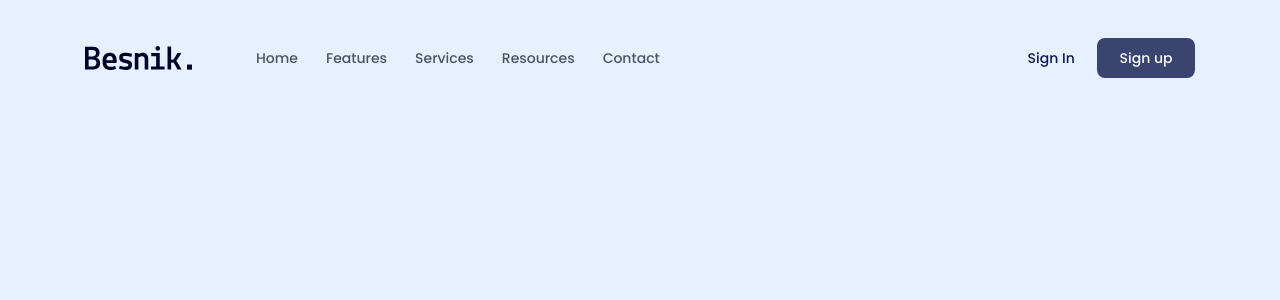
Repository: jessicapaa/F8-Project-01
Page: index.html
These files come from the project's save history. The page is drawn as it stood at one moment and after the next save; the edit follows.
The browser window is 1280 px wide. The pictures show the whole page.
The pointer rests on the first visible `.navbar .action-btn`.

Above is the page before, as saved 2024-03-08 06:59:23.

### index.html
<!DOCTYPE html>
<html lang="en">

<head>
    <meta charset="UTF-8">
    <meta name="viewport" content="width=device-width, initial-scale=1.0">
    <title>F8-Project-01</title>
    <link rel="stylesheet" href="./assets/css/reset.css">
    <link rel="stylesheet" href="./assets/fonts/stylesheet.css">
    <link rel="stylesheet" href="./assets/css/styles.css">
</head>

<body>
    <!-- main -->
    <main>

        <!-- header -->
        <header class="header">
            <div class="content">
                <nav class="navbar">
                    <!-- logo -->
                    <img src="./assets/img/logo.svg" alt="Besnik.">

                    <!-- navigation -->
                    <ul>
                        <li><a href="#!">Home</a></li>
                        <li><a href="#!">Features</a></li>
                        <li><a href="#!">Services</a></li>
                        <li><a href="#!">Resources</a></li>
                        <li><a href="#!">Contact</a></li>
                    </ul>

                    <!-- Action -->
                    <div class="actions">
                        <a href="#!" class="action-link">Sign In</a>
                        <a href="#!" class="btn action-btn">Sign up</a>
                    </div>
                </nav>
            </div>
        </header>
    </main>
</body>

</html>

### assets/fonts/stylesheet.css
@font-face {
    font-family: "Poppins";
    src: url("Poppins/Poppins-BlackItalic.woff2") format("woff2"),
        url("Poppins/Poppins-BlackItalic.woff") format("woff");
    font-weight: 900;
    font-style: italic;
    font-display: swap;
}

@font-face {
    font-family: "Poppins";
    src: url("Poppins/Poppins-Black.woff2") format("woff2"),
        url("Poppins/Poppins-Black.woff") format("woff");
    font-weight: 900;
    font-style: normal;
    font-display: swap;
}

@font-face {
    font-family: "Poppins";
    src: url("Poppins/Poppins-BoldItalic.woff2") format("woff2"),
        url("Poppins/Poppins-BoldItalic.woff") format("woff");
    font-weight: bold;
    font-style: italic;
    font-display: swap;
}

@font-face {
    font-family: "Poppins";
    src: url("Poppins/Poppins-ExtraBold.woff2") format("woff2"),
        url("Poppins/Poppins-ExtraBold.woff") format("woff");
    font-weight: bold;
    font-style: normal;
    font-display: swap;
}

@font-face {
    font-family: "Poppins";
    src: url("Poppins/Poppins-ExtraBoldItalic.woff2") format("woff2"),
        url("Poppins/Poppins-ExtraBoldItalic.woff") format("woff");
    font-weight: bold;
    font-style: italic;
    font-display: swap;
}

@font-face {
    font-family: "Poppins";
    src: url("Poppins/Poppins-ExtraLight.woff2") format("woff2"),
        url("Poppins/Poppins-ExtraLight.woff") format("woff");
    font-weight: 200;
    font-style: normal;
    font-display: swap;
}

@font-face {
    font-family: "Poppins";
    src: url("Poppins/Poppins-ExtraLightItalic.woff2") format("woff2"),
        url("Poppins/Poppins-ExtraLightItalic.woff") format("woff");
    font-weight: 200;
    font-style: italic;
    font-display: swap;
}

@font-face {
    font-family: "Poppins";
    src: url("Poppins/Poppins-Light.woff2") format("woff2"),
        url("Poppins/Poppins-Light.woff") format("woff");
    font-weight: 300;
    font-style: normal;
    font-display: swap;
}

@font-face {
    font-family: "Poppins";
    src: url("Poppins/Poppins-Italic.woff2") format("woff2"),
        url("Poppins/Poppins-Italic.woff") format("woff");
    font-weight: normal;
    font-style: italic;
    font-display: swap;
}

@font-face {
    font-family: "Poppins";
    src: url("Poppins/Poppins-Medium.woff2") format("woff2"),
        url("Poppins/Poppins-Medium.woff") format("woff");
    font-weight: 500;
    font-style: normal;
    font-display: swap;
}

@font-face {
    font-family: "Poppins";
    src: url("Poppins/Poppins-MediumItalic.woff2") format("woff2"),
        url("Poppins/Poppins-MediumItalic.woff") format("woff");
    font-weight: 500;
    font-style: italic;
    font-display: swap;
}

@font-face {
    font-family: "Poppins";
    src: url("Poppins/Poppins-LightItalic.woff2") format("woff2"),
        url("Poppins/Poppins-LightItalic.woff") format("woff");
    font-weight: 300;
    font-style: italic;
    font-display: swap;
}

@font-face {
    font-family: "Poppins";
    src: url("Poppins/Poppins-Regular.woff2") format("woff2"),
        url("Poppins/Poppins-Regular.woff") format("woff");
    font-weight: normal;
    font-style: normal;
    font-display: swap;
}

@font-face {
    font-family: "Poppins";
    src: url("Poppins/Poppins-SemiBold.woff2") format("woff2"),
        url("Poppins/Poppins-SemiBold.woff") format("woff");
    font-weight: 600;
    font-style: normal;
    font-display: swap;
}

@font-face {
    font-family: "Poppins";
    src: url("Poppins/Poppins-SemiBoldItalic.woff2") format("woff2"),
        url("Poppins/Poppins-SemiBoldItalic.woff") format("woff");
    font-weight: 600;
    font-style: italic;
    font-display: swap;
}

@font-face {
    font-family: "Poppins";
    src: url("Poppins/Poppins-Thin.woff2") format("woff2"),
        url("Poppins/Poppins-Thin.woff") format("woff");
    font-weight: 100;
    font-style: normal;
    font-display: swap;
}

@font-face {
    font-family: "Poppins";
    src: url("Poppins/Poppins-ThinItalic.woff2") format("woff2"),
        url("Poppins/Poppins-ThinItalic.woff") format("woff");
    font-weight: 100;
    font-style: italic;
    font-display: swap;
}

### assets/css/styles.css
* {
    box-sizing: border-box;
}
html {
    font-size: 62.5%;
}
body {
    font-size: 1.6rem;
    /* font-family: ; */
    font-family: "Poppins";
}
/* common */
.content {
    width: 1110px;
    max-width: calc(100% - 48px);
    margin-left: auto;
    margin-right: auto;
}

a {
    text-decoration: none;
}

.btn {
    display: inline-block;
    min-width: 98px;
    background: #0f1b4c;
    border-radius: 8px;
    font-size: 1.4rem;
    font-weight: 500;
    text-align: center;
    color: #fff;
    padding: 18px 16px;
}

/* css header */
.header {
    height: 100vh;
    background: #e6f0ff;
}

.navbar {
    display: flex;
    align-items: center;
    padding-top: 38px;
}

.navbar ul {
    display: flex;
    margin-left: 50px;
}

.navbar .actions {
    margin-left: auto;
}

.navbar ul a {
    font-weight: 500;
    font-size: 1.4rem;
    color: #4f5361;
    padding: 8px 14px;
}

.navbar .action-link {
    font-weight: 500;
    font-size: 1.4rem;
    color: #0f1b4c;
}

.navbar .action-btn {
    padding: 13px 16px;
    margin-left: 18px;
}
.navbar .action-btn:hover {
    opacity: 0.8;
}

Loaded but not shown: assets/css/reset.css (common file)

After the next save:
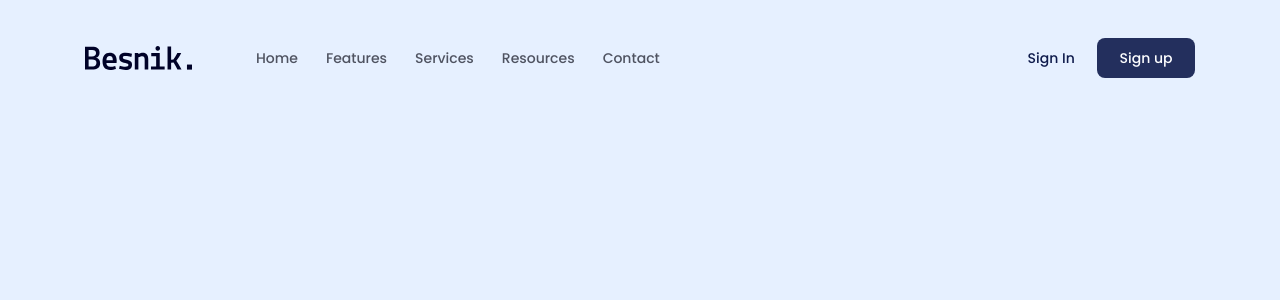
Saved 10 s later.
--- a/assets/css/styles.css
+++ b/assets/css/styles.css
@@ -72,5 +72,5 @@ a {
     margin-left: 18px;
 }
 .navbar .action-btn:hover {
-    opacity: 0.8;
+    opacity: 0.9;
 }
